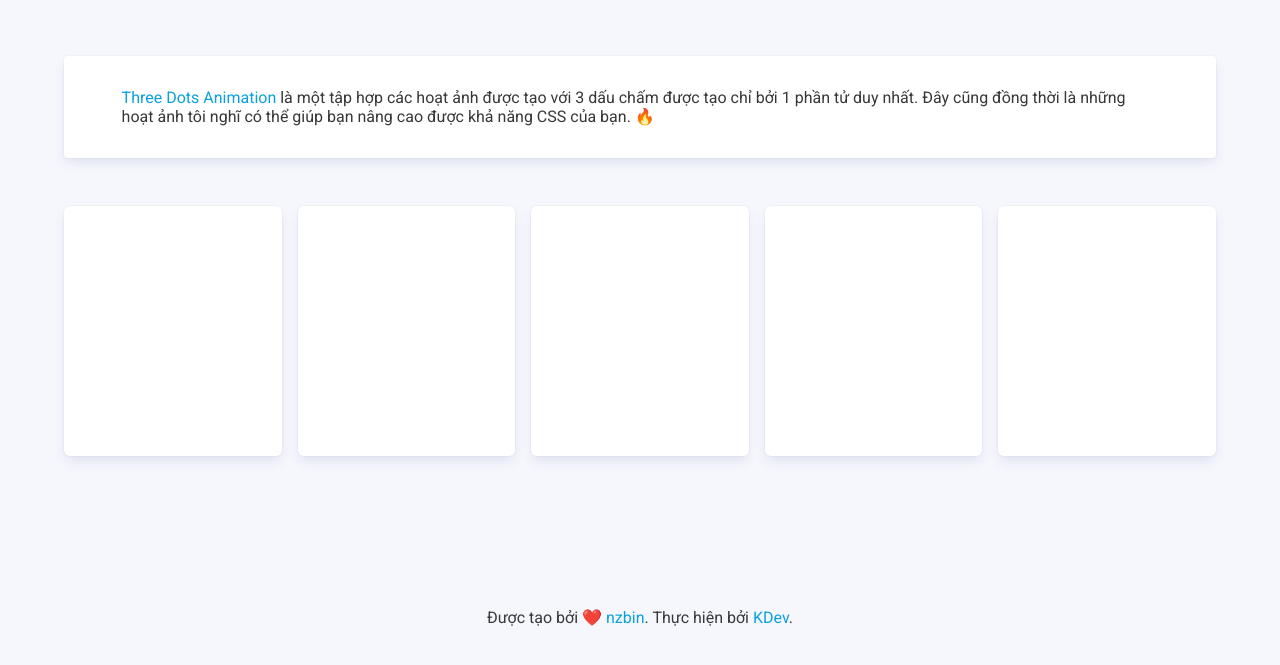
Repository: haokiet2501/lazy-loader-animation
Page: index.html
These files come from the project's save history. The page is drawn as it stood at one moment and after the next save; the edit follows.
The browser window is 1280 px wide. The pictures show the whole page.
The style sheet was rebuilt from its Sass, Less or Tailwind sources for each picture, by a compiler version that may differ from the author's.

Above is the page before, as saved 2022-05-06 20:16:28.

### index.html
<!DOCTYPE html>
<html lang="en">
<head>
    <meta charset="UTF-8">
    <meta http-equiv="X-UA-Compatible" content="IE=edge">
    <meta name="viewport" content="width=device-width, initial-scale=1.0">
    <link rel="shortcut icon" href="image/KDEV.png" type="image/x-icon">
    <link rel="stylesheet" href="sass/css/styles.css">
    <title>Three Dots Animation</title>
</head>
<body>
    <div class="container">
        <div class="title">
            <a href="/" target="_blank">Three Dots Animation</a> là một tập hợp các hoạt ảnh được tạo với 3 dấu chấm được tạo chỉ bởi 1 phần tử duy nhất. Đây cũng đồng thời là những hoạt ảnh tôi nghĩ có thể giúp bạn nâng cao được khả năng CSS của bạn. 🔥
        </div>

        <div class="row">
            <div class="box">
                <div class="stage">

                </div>
            </div>
            <div class="box">
                <div class="stage">

                </div>
            </div>
            <div class="box">
                <div class="stage">

                </div>
            </div>
            <div class="box">
                <div class="stage">

                </div>
            </div>
            <div class="box">
                <div class="stage">

                </div>
            </div>
        </div>

        <footer class="footer">
            <p>
                Được tạo bởi ❤️ <a href="https://github.com/nzbin" target="_blank">nzbin</a>.
                Thực hiện bởi <a href="/" target="_blank">KDev</a>.
            </p>
        </footer>
    </div>
</body>
</html>

### sass/styles.scss
@import 'base/base';

$color-text: #383838;
$color-line: #50dfdb;

.container {
    padding: 2rem 4rem;
}

.title {
    background: #fff;
    padding: 2rem 5%;
    margin: 1.5rem 0;
    box-shadow: 0 .4rem .8rem -.1rem rgba(0, 32, 128, .1), 0 0 0 1px #f0f2f7;
    border-radius: .25rem;
    color: $color-text;
}

.box {
    position: relative;
    height: 250px;
    background: #fff;
    padding: 2rem 5%;
    margin: 1.5rem 0;
    box-shadow: 0 .4rem .8rem -.1rem rgba(0, 32, 128, .1), 0 0 0 1px #f0f2f7;
    border-radius: 6px;
    overflow: hidden;
}

.box::before {
    content: '';
    position: absolute;
    top: -3rem;
    left: 32px;
    width: 150px;
    height: 140%;
    background: linear-gradient(to left, #FCAB01 , #FE214F Gradient );
    animation: animate 4s linear infinite;
}

.box::after {
    content: '';
    position: absolute;
    inset: 2px;
    background: #fff;
    border-radius: 4px;
}

@keyframes animate {
    0% {
        transform: rotate(0deg);
    }
    100% {
        transform: rotate(360deg);
    }
}

.row {
    display: grid;
    grid-template-columns: repeat(auto-fill, minmax(184px, 1fr));
    gap: 24px 16px;
}

.footer {
    display: flex;
    justify-content: center;
    align-items: center;
    margin: 128px 0 20px;
}

.footer > p {
    color: $color-text;
}

### sass/base/_base.scss
@import url('https://fonts.googleapis.com/css2?family=Roboto:wght@300;400;500;700&display=swap');

*, ::before, ::after {
    margin: 0;
    padding: 0;
    box-sizing: border-box;
}

html, body {
    scroll-behavior: smooth;
    font-family: 'Roboto', sans-serif;
    background: #f6f7fd;
    height: 100%;
    overflow: auto;
}

a {
    text-decoration: none;
    color: #0AA1DD;
}

After the next save:
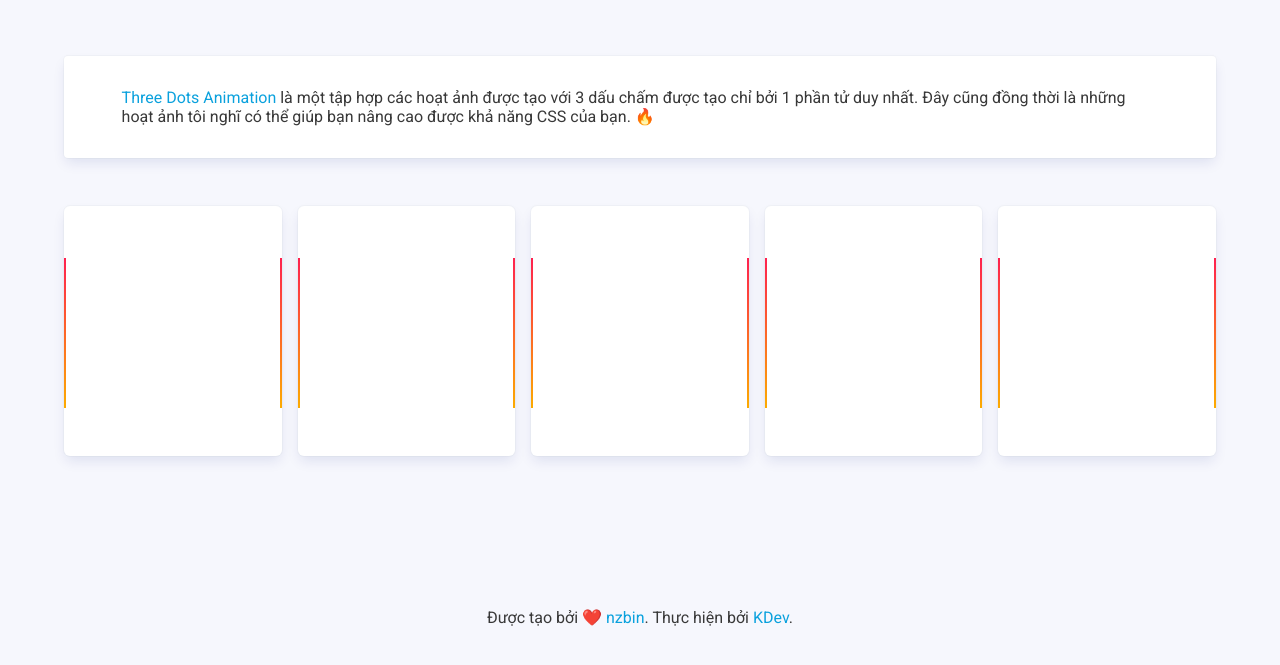
Saved 5 s later.
--- a/sass/styles.scss
+++ b/sass/styles.scss
@@ -34,7 +34,7 @@ $color-line: #50dfdb;
     left: 32px;
     width: 150px;
     height: 140%;
-    background: linear-gradient(to left, #FCAB01 , #FE214F Gradient );
+    background: linear-gradient(to left, #FCAB01 , #FE214F);
     animation: animate 4s linear infinite;
 }
 
